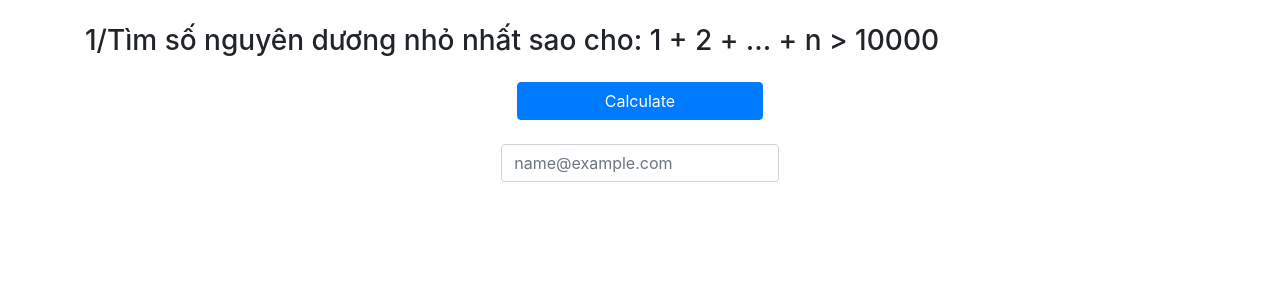
Repository: baobaodeveloper/bootcamp21__loop__HuynhAnhBao
Page: index.html
The author's editor kept a copy of each file at every save. The page is drawn from the files as they stood at one save, then again after the next save.
The browser window is 1280 px wide. The pictures show the whole page.

Above is the page before, as saved 2022-03-16 22:58:51.

### index.html
<!DOCTYPE html>
<html lang="en">
  <head>
    <title>Exercise Js</title>
    <!-- Required meta tags -->
    <meta charset="utf-8" />
    <meta
      name="viewport"
      content="width=device-width, initial-scale=1, shrink-to-fit=no"
    />

    <!-- Bootstrap CSS -->
    <link
      rel="stylesheet"
      href="https://stackpath.bootstrapcdn.com/bootstrap/4.3.1/css/bootstrap.min.css"
      integrity="sha384-ggOyR0iXCbMQv3Xipma34MD+dH/1fQ784/j6cY/iJTQUOhcWr7x9JvoRxT2MZw1T"
      crossorigin="anonymous"
    />
  </head>
  <body>
    <!--1/Tìm số nguyên dương nhỏ nhất sao cho:
    1 + 2 + … + n > 10000-->
    <div class="container mt-4">
      <h3>1/Tìm số nguyên dương nhỏ nhất sao cho: 1 + 2 + … + n > 10000</h3>
      <div class="mb-3 flex-md-column d-flex w-25 m-auto text-center">
        <button type="button" id="min-number" class="btn btn-primary m-3">
          Calculate
        </button>
        <label for="exampleFormControlInput1" class="form-label"></label>
        <input
          type="email"
          class="form-control"
          id="result1"
          placeholder="name@example.com"
        />
      </div>
    </div>

    <!-- Optional JavaScript -->
    <!-- jQuery first, then Popper.js, then Bootstrap JS -->
    <script
      src="https://code.jquery.com/jquery-3.3.1.slim.min.js"
      integrity="sha384-q8i/X+965DzO0rT7abK41JStQIAqVgRVzpbzo5smXKp4YfRvH+8abtTE1Pi6jizo"
      crossorigin="anonymous"
    ></script>
    <script
      src="https://cdnjs.cloudflare.com/ajax/libs/popper.js/1.14.7/umd/popper.min.js"
      integrity="sha384-UO2eT0CpHqdSJQ6hJty5KVphtPhzWj9WO1clHTMGa3JDZwrnQq4sF86dIHNDz0W1"
      crossorigin="anonymous"
    ></script>
    <script
      src="https://stackpath.bootstrapcdn.com/bootstrap/4.3.1/js/bootstrap.min.js"
      integrity="sha384-JjSmVgyd0p3pXB1rRibZUAYoIIy6OrQ6VrjIEaFf/nJGzIxFDsf4x0xIM+B07jRM"
      crossorigin="anonymous"
    ></script>

    <script src="exercise1.js"></script>
  </body>
</html>

Loaded but not shown: exercise1.js (no copy from this time; the picture is the same without it)

After the next save:
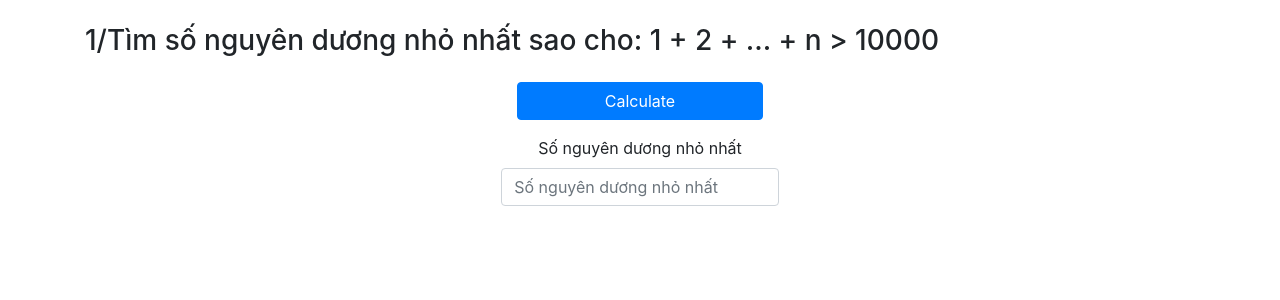
Saved 54 s later.
--- a/index.html
+++ b/index.html
@@ -26,12 +26,12 @@
         <button type="button" id="min-number" class="btn btn-primary m-3">
           Calculate
         </button>
-        <label for="exampleFormControlInput1" class="form-label"></label>
+        <label class="form-label">Số nguyên dương nhỏ nhất</label>
         <input
           type="email"
           class="form-control"
           id="result1"
-          placeholder="name@example.com"
+          placeholder="Số nguyên dương nhỏ nhất"
         />
       </div>
     </div>
